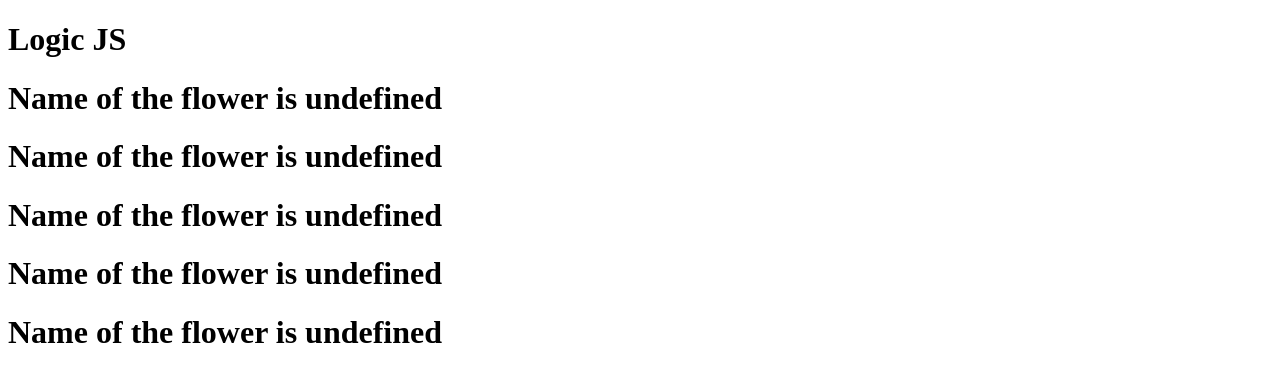
Repository: SharonSebastian32/food-search-filter-
Page: index.html
These files come from the project's save history. The page is drawn as it stood at one moment and after the next save; the edit follows.
The browser window is 1280 px wide. The pictures show the whole page.

Above is the page before, as saved 2024-10-11 10:20:12.

### index.html
<!DOCTYPE html>
<html lang="en">
  <head>
    <meta charset="UTF-8" />
    <meta name="viewport" content="width=device-width, initial-scale=1.0" />
    <title>Document</title>
  </head>
  <body>
    <h1>Logic JS</h1>

     <div id="flowerDiv"></div>

    <script src="./index.js"></script>
  </body>
</html>

### index.js
var flowers = [
  { name: "Rose", color: "Red", type: "Perennial", price: 5.99 },
  { name: "Sunflower", color: "Yellow", type: "Annual", price: 3.99 },
  { name: "Lavender", color: "Purple", type: "Perennial", price: 4.5 },
  { name: "Tulip", color: "Pink", type: "Perennial", price: 2.99 },
  { name: "Daisy", color: "White", type: "Perennial", price: 3.5 },
];

const flowerContainer = document.getElementById("flowerDiv");
let clutter = "";

flowers.forEach(function (flv) {
  clutter += `<h1>Name of the flower is ${flv.string}</h1>
  `;
});

flowerContainer.innerHTML = clutter;

After the next save:
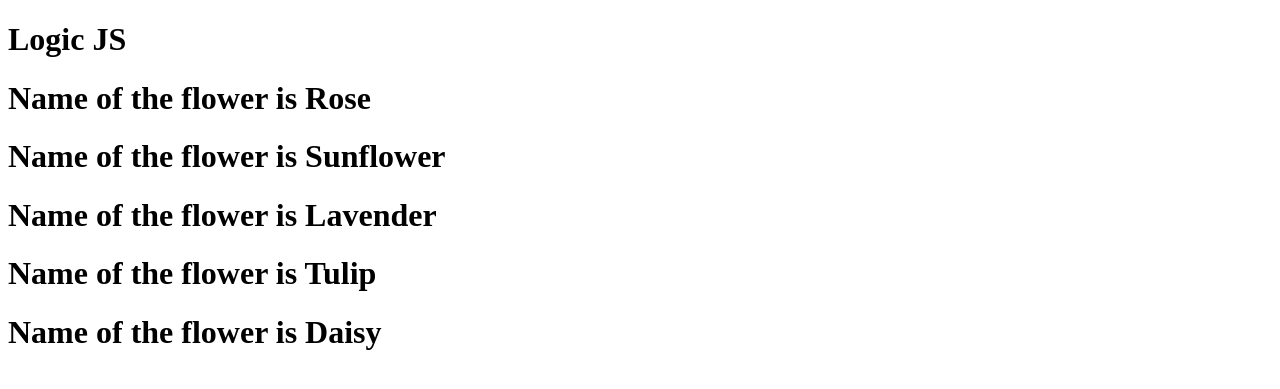
Saved 18 s later.
--- a/index.js
+++ b/index.js
@@ -10,7 +10,7 @@ const flowerContainer = document.getElementById("flowerDiv");
 let clutter = "";
 
 flowers.forEach(function (flv) {
-  clutter += `<h1>Name of the flower is ${flv.string}</h1>
+  clutter += `<h1>Name of the flower is ${flv.name}</h1>
   `;
 });
 
